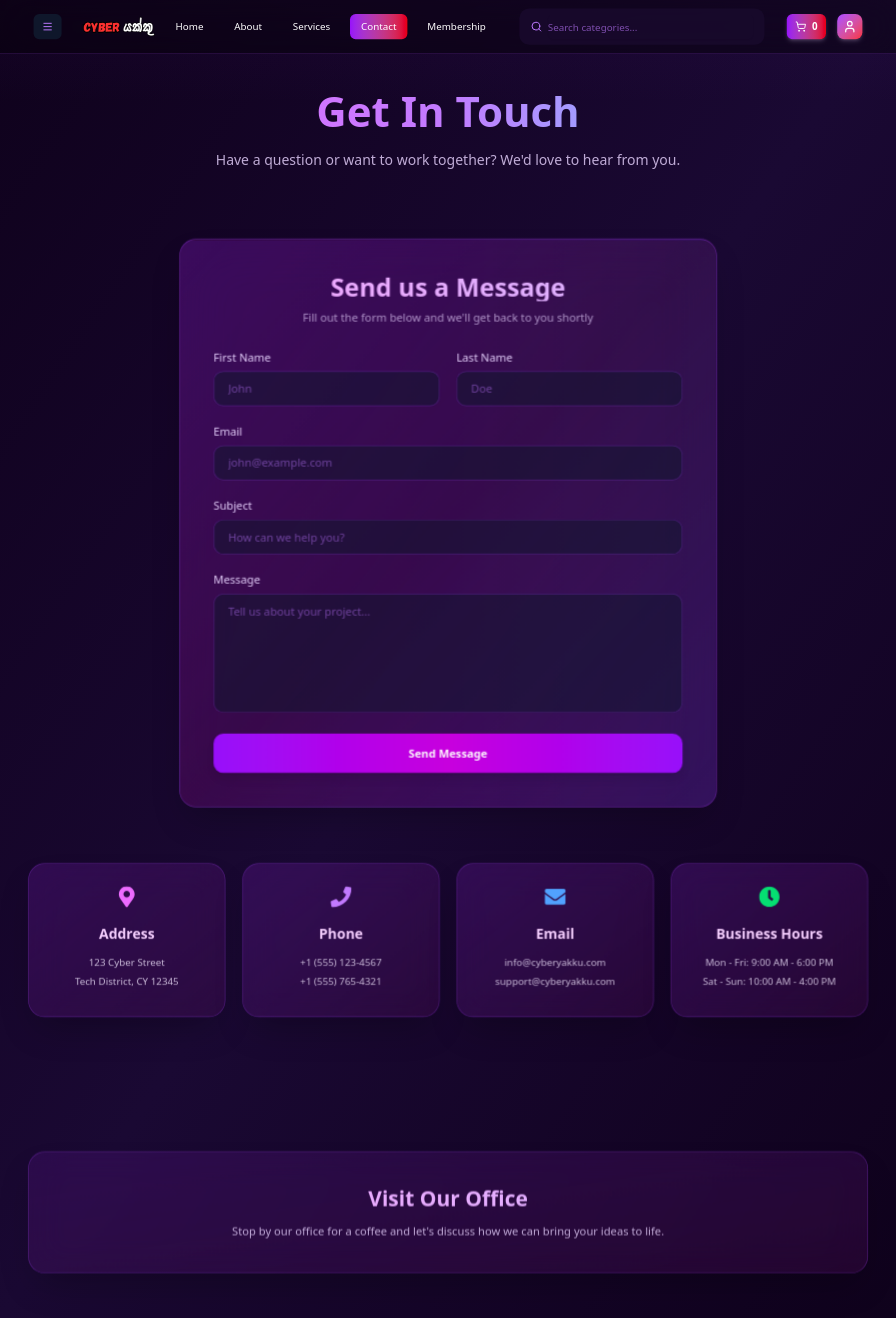
Repository: chamodya-hirusha/mta_sa_cyber_yakku_web
Page: /contact
An editor plug-in stored every save of this project. The page is shown before and after the next save, followed by the edit.
The browser window is 1280 px wide. The pictures show the whole page, at 70% of full size.
The project was rebuilt for these pictures with package versions that can differ from the ones it lists, and the page was loaded fresh each time. The framework's server and built-in components were replaced by stand-ins that run in the browser. Also part of the build but not shown: next.config.mjs, components/user/UserProfileSection.jsx, components/navigation/NavigationLinks.jsx, components/ui/dialog.jsx, components/LoginPopup.jsx. Imported but missing from the stored project, and not drawn on this page: components/AdditionalMenu, components/SideNavHeader.

Above is the page before, as saved 2025-10-19 14:05:08.

### app/contact/page.jsx
"use client";

import React, { useState } from "react";
import { FaMapMarkerAlt, FaPhone, FaEnvelope, FaClock } from "react-icons/fa";
import SideNav from '../../components/SideNav';
import HeaderBar from '../../components/HeaderBar';
import ChatButtons from '../../components/ChatButtons';

export default function ContactPage() {
  const [cart, setCart] = useState([]);
  const [showCart, setShowCart] = useState(false);
  const [sidenavOpen, setShowSidenav] = useState(false);
  const [isLoggedIn, setIsLoggedIn] = useState(false);
  const [activeTab, setActiveTab] = useState('contact');
  const [formData, setFormData] = useState({
    firstName: '',
    lastName: '',
    email: '',
    subject: '',
    message: ''
  });
  const [focusedField, setFocusedField] = useState(null);

  const headerTabs = [
    { id: 'contact', label: 'Contact', icon: '📞' },
  ];

  const contactInfo = [
    {
      icon: <FaMapMarkerAlt className="text-3xl text-fuchsia-400" />,
      title: "Address",
      details: ["123 Cyber Street", "Tech District, CY 12345"],
      gradient: "from-purple-600/20 to-fuchsia-600/20"
    },
    {
      icon: <FaPhone className="text-3xl text-purple-400" />,
      title: "Phone",
      details: ["+1 (555) 123-4567", "+1 (555) 765-4321"],
      gradient: "from-blue-600/20 to-purple-600/20"
    },
    {
      icon: <FaEnvelope className="text-3xl text-blue-400" />,
      title: "Email",
      details: ["info@cyberyakku.com", "support@cyberyakku.com"],
      gradient: "from-cyan-600/20 to-blue-600/20"
    },
    {
      icon: <FaClock className="text-3xl text-green-400" />,
      title: "Business Hours",
      details: ["Mon - Fri: 9:00 AM - 6:00 PM", "Sat - Sun: 10:00 AM - 4:00 PM"],
      gradient: "from-green-600/20 to-emerald-600/20"
    }
  ];

  const handleSubmit = (e) => {
    e.preventDefault();
    console.log('Form submitted:', formData);
  };

  const handleChange = (e) => {
    setFormData({
      ...formData,
      [e.target.name]: e.target.value
    });
  };

  return (
    <div className="min-h-screen bg-gradient-to-br from-[#0f021c] via-[#1a0933] to-[#0f021c] text-gray-100">

      {/* Side Navigation */}
      <SideNav
        isLoggedIn={isLoggedIn}
        setIsLoggedIn={setIsLoggedIn}
        sidenavOpen={sidenavOpen}
        setShowSidenav={setShowSidenav}
        activeTab="contact"
        setActiveTab={setActiveTab}
      />

      {/* Header */}
      <HeaderBar
        cartCount={cart.length}
        onCartClick={() => setShowCart(!showCart)}
        onMenuClick={() => setShowSidenav(!sidenavOpen)}
        headerTabs={headerTabs}
        activeTab={activeTab}
        setActiveTab={setActiveTab}
      />

      {/* Hero Section */}
      <section className="pt-32 pb-12 px-6 relative overflow-hidden">
        <div className="absolute inset-0 bg-gradient-to-b from-purple-900/10 via-transparent to-transparent pointer-events-none"></div>
        <div className="container mx-auto text-center relative z-10">
          <h1 className="text-5xl md:text-6xl font-bold mb-6 bg-gradient-to-r from-fuchsia-400 via-purple-400 to-cyan-400 bg-clip-text text-transparent">
            Get In Touch
          </h1>
          <p className="text-xl text-purple-200/80 max-w-2xl mx-auto leading-relaxed">
            Have a question or want to work together? We'd love to hear from you.
          </p>
        </div>
      </section>

      {/* Contact Information Cards */}
      <section className="py-12 px-6">
        <div className="container mx-auto">

          {/* Contact Form */}
          <div className="max-w-3xl mx-auto">
            <div className="bg-gradient-to-br from-purple-900/50 via-fuchsia-900/30 to-purple-900/50 backdrop-blur-2xl p-10 md:p-12 rounded-3xl shadow-2xl border border-purple-500/40 relative overflow-hidden">
              {/* Animated background effect */}
              <div className="absolute inset-0 bg-gradient-to-r from-fuchsia-600/5 via-purple-600/5 to-cyan-600/5 animate-pulse"></div>

              <div className="relative z-10">
                <h2 className="text-4xl font-bold mb-3 text-center bg-gradient-to-r from-fuchsia-300 to-purple-300 bg-clip-text text-transparent">
                  Send us a Message
                </h2>
                <p className="text-center text-purple-200/70 mb-8">
                  Fill out the form below and we'll get back to you shortly
                </p>

                <form onSubmit={handleSubmit} className="space-y-6">
                  <div className="grid md:grid-cols-2 gap-6">
                    <div>
                      <label className="block text-purple-200 mb-2 font-medium">First Name</label>
                      <input
                        type="text"
                        name="firstName"
                        value={formData.firstName}
                        onChange={handleChange}
                        onFocus={() => setFocusedField('firstName')}
                        onBlur={() => setFocusedField(null)}
                        className={`w-full bg-slate-900/50 border ${focusedField === 'firstName' ? 'border-fuchsia-500' : 'border-purple-500/30'} rounded-xl px-5 py-3 text-white placeholder-purple-400/50 focus:ring-2 focus:ring-fuchsia-500/50 focus:border-fuchsia-500 transition-all duration-300 outline-none`}
                        placeholder="John"
                      />
                    </div>
                    <div>
                      <label className="block text-purple-200 mb-2 font-medium">Last Name</label>
                      <input
                        type="text"
                        name="lastName"
                        value={formData.lastName}
                        onChange={handleChange}
                        onFocus={() => setFocusedField('lastName')}
                        onBlur={() => setFocusedField(null)}
                        className={`w-full bg-slate-900/50 border ${focusedField === 'lastName' ? 'border-fuchsia-500' : 'border-purple-500/30'} rounded-xl px-5 py-3 text-white placeholder-purple-400/50 focus:ring-2 focus:ring-fuchsia-500/50 focus:border-fuchsia-500 transition-all duration-300 outline-none`}
                        placeholder="Doe"
                      />
                    </div>
                  </div>

                  <div>
                    <label className="block text-purple-200 mb-2 font-medium">Email</label>
                    <input
                      type="email"
                      name="email"
                      value={formData.email}
                      onChange={handleChange}
                      onFocus={() => setFocusedField('email')}
                      onBlur={() => setFocusedField(null)}
                      className={`w-full bg-slate-900/50 border ${focusedField === 'email' ? 'border-fuchsia-500' : 'border-purple-500/30'} rounded-xl px-5 py-3 text-white placeholder-purple-400/50 focus:ring-2 focus:ring-fuchsia-500/50 focus:border-fuchsia-500 transition-all duration-300 outline-none`}
                      placeholder="john@example.com"
                    />
                  </div>

                  <div>
                    <label className="block text-purple-200 mb-2 font-medium">Subject</label>
                    <input
                      type="text"
                      name="subject"
                      value={formData.subject}
                      onChange={handleChange}
                      onFocus={() => setFocusedField('subject')}
                      onBlur={() => setFocusedField(null)}
                      className={`w-full bg-slate-900/50 border ${focusedField === 'subject' ? 'border-fuchsia-500' : 'border-purple-500/30'} rounded-xl px-5 py-3 text-white placeholder-purple-400/50 focus:ring-2 focus:ring-fuchsia-500/50 focus:border-fuchsia-500 transition-all duration-300 outline-none`}
                      placeholder="How can we help you?"
                    />
                  </div>

                  <div>
                    <label className="block text-purple-200 mb-2 font-medium">Message</label>
                    <textarea
                      name="message"
                      value={formData.message}
                      onChange={handleChange}
                      onFocus={() => setFocusedField('message')}
                      onBlur={() => setFocusedField(null)}
                      rows="6"
                      className={`w-full bg-slate-900/50 border ${focusedField === 'message' ? 'border-fuchsia-500' : 'border-purple-500/30'} rounded-xl px-5 py-3 text-white placeholder-purple-400/50 focus:ring-2 focus:ring-fuchsia-500/50 focus:border-fuchsia-500 transition-all duration-300 outline-none resize-none`}
                      placeholder="Tell us about your project..."
                    ></textarea>
                  </div>

                  <button
                    type="submit"
                    className="w-full bg-gradient-to-r from-purple-600 via-fuchsia-600 to-purple-600 hover:from-purple-700 hover:via-fuchsia-700 hover:to-purple-700 text-white font-bold py-4 px-8 rounded-xl transition-all duration-300 shadow-lg hover:shadow-fuchsia-500/50 transform hover:scale-[1.02] active:scale-[0.98] relative overflow-hidden group"
                  >
                    <span className="relative z-10">Send Message</span>
                    <div className="absolute inset-0 bg-gradient-to-r from-fuchsia-600 to-purple-600 opacity-0 group-hover:opacity-100 transition-opacity duration-300"></div>
                  </button>
                </form>
              </div>
            </div>
          </div>

            <div className="grid md:grid-cols-2 lg:grid-cols-4 pt-20 gap-6 mb-20">
            {contactInfo.map((info, index) => (
              <div
                key={index}
                className="group relative bg-gradient-to-br from-purple-900/40 to-fuchsia-900/20 backdrop-blur-xl p-8 rounded-3xl shadow-2xl border border-purple-500/30 text-center hover:scale-105 transition-all duration-300 hover:shadow-fuchsia-500/20 overflow-hidden"
              >
                <div className={`absolute inset-0 bg-gradient-to-br ${info.gradient} opacity-0 group-hover:opacity-100 transition-opacity duration-300`}></div>
                <div className="relative z-10">
                  <div className="mb-6 flex justify-center transform group-hover:scale-110 group-hover:rotate-6 transition-transform duration-300">
                    {info.icon}
                  </div>
                  <h3 className="text-xl font-bold mb-4 text-fuchsia-200">
                    {info.title}
                  </h3>
                  {info.details.map((detail, idx) => (
                    <p key={idx} className="text-purple-100/80 mb-2 text-sm">
                      {detail}
                    </p>
                  ))}
                </div>
              </div>
            ))}
          </div>
        </div>
      </section>

      {/* Map or Additional Section */}
      <section className="py-16 px-6">
        <div className="container mx-auto">
          <div className="bg-gradient-to-br from-purple-900/30 to-fuchsia-900/20 backdrop-blur-xl p-12 rounded-3xl shadow-2xl border border-purple-500/30 text-center">
            <h3 className="text-3xl font-bold mb-4 bg-gradient-to-r from-fuchsia-300 to-purple-300 bg-clip-text text-transparent">
              Visit Our Office
            </h3>
            <p className="text-purple-200/80 max-w-2xl mx-auto">
              Stop by our office for a coffee and let's discuss how we can bring your ideas to life.
            </p>
          </div>
        </div>
      </section>
    </div>
  );
}

### components/ui/button.jsx
import * as React from "react"
import { Slot } from "@radix-ui/react-slot"
import { cva } from "class-variance-authority";

import { cn } from "@/lib/utils"

const buttonVariants = cva(
  "inline-flex items-center justify-center gap-2 whitespace-nowrap rounded-md text-sm font-medium transition-all disabled:pointer-events-none disabled:opacity-50 [&_svg]:pointer-events-none [&_svg:not([class*='size-'])]:size-4 shrink-0 [&_svg]:shrink-0 outline-none focus-visible:border-ring focus-visible:ring-ring/50 focus-visible:ring-[3px] aria-invalid:ring-destructive/20 dark:aria-invalid:ring-destructive/40 aria-invalid:border-destructive",
  {
    variants: {
      variant: {
        default: "bg-primary text-primary-foreground hover:bg-primary/90",
        destructive:
          "bg-destructive text-white hover:bg-destructive/90 focus-visible:ring-destructive/20 dark:focus-visible:ring-destructive/40 dark:bg-destructive/60",
        outline:
          "border bg-background shadow-xs hover:bg-accent hover:text-accent-foreground dark:bg-input/30 dark:border-input dark:hover:bg-input/50",
        secondary:
          "bg-secondary text-secondary-foreground hover:bg-secondary/80",
        ghost:
          "hover:bg-accent hover:text-accent-foreground dark:hover:bg-accent/50",
        link: "text-primary underline-offset-4 hover:underline",
      },
      size: {
        default: "h-9 px-4 py-2 has-[>svg]:px-3",
        sm: "h-8 rounded-md gap-1.5 px-3 has-[>svg]:px-2.5",
        lg: "h-10 rounded-md px-6 has-[>svg]:px-4",
        icon: "size-9",
        "icon-sm": "size-8",
        "icon-lg": "size-10",
      },
    },
    defaultVariants: {
      variant: "default",
      size: "default",
    },
  }
)

function Button({
  className,
  variant,
  size,
  asChild = false,
  children,
  ...props
}) {
  const Comp = asChild ? Slot : "button"
return (
  <Comp
    data-slot="button"
    className={cn(buttonVariants({ variant, size, className }))}
    {...props}>
    {children}
  </Comp>
);
}

export { Button, buttonVariants }

### components/HeaderNav.jsx
"use client"
import Link from "next/link";
import { usePathname } from "next/navigation";
import { Button } from "./ui/button";

const links = [
    {
        name: "home",
        path: "/"
    },
    {
        name: "about",
        path: "/about"
    },
    {
        name: "services",
        path: "/services"
    },
    {
        name: "contact",
        path: "/contact"
    },
    {
        name: "membership",
        path: "/membership"
    }
];

const Nav = () => {
    const pathname = usePathname();
    console.log(pathname);

    return (
        <nav className="flex gap-3">
            {links.map((link, index) => {
                const isActive = link.path === pathname;
                const isHomeActive = isActive && link.path === "/";

                return (
                    <Button
                        key={index}
                        asChild
                        variant={isActive ? "default" : "ghost"}
                        className={
                            isHomeActive
                                ? "bg-gradient-to-r from-purple-400  to-amber-600 text-black hover:from-amber-500 hover:to-amber-700"
                                : isActive
                                ? "bg-gradient-to-r from-purple-600 to-red-600 text-white"
                                : "text-white hover:text-purple300 hover:bg-purple-900/30"
                        }
                        aria-current={isActive ? "page" : undefined}
                    >
                        <Link href={link.path} className="capitalize">
                            {link.name}
                        </Link>
                    </Button>
                );
            })}
        </nav>
    );
};

export default Nav;

### components/common/SearchBar.jsx
"use client";

import * as React from "react";
import { Input } from "@/components/ui/input";
import { Search } from "lucide-react";
import { cn } from "@/lib/utils"; // shadcn cn utility (classNames merge)
export default function SearchBar({
  value = "",
  onChange,
  placeholder = "Search categories...",
  width = "350px",
  className,
  ...props
}) {
  const rootStyle =
    typeof width === "string" && width.startsWith("w-")
      ? width
      : undefined;

  return (
    <div
      className={cn(
        "flex items-center gap-2 rounded-xl px-4 py-2 shadow-inner transition-all duration-300 focus-within:shadow-[0_0_12px_rgba(168,85,247,0.5)]",
        "bg-muted/70 text-muted-foreground",
        "bg-[#1a0b2e]/80",
        "shadow-purple-700/30",
        rootStyle,
        className
      )}
      style={
        !rootStyle
          ?
            { width: typeof width === "number" ? `${width}px` : width }
          : undefined
      }
    >
      <Search className="text-purple-400" size={18} />
      <Input
        type="text"
        placeholder={placeholder}
        className="bg-transparent border-0 text-white placeholder:text-purple-400/60 focus:ring-0 focus-visible:ring-0 w-full p-0"
        value={value}
        onChange={onChange}
        {...props}
      />
    </div>
  );
}

### components/ui/input.jsx
import * as React from "react"
import { cn } from "@/lib/utils"

function Input({ className, type, value, onChange, ...props }) {
  return (
    <input
      type={type}
      onChange={onChange}
      data-slot="input"
      className={cn(
        "file:text-foreground placeholder:text-muted-foreground selection:bg-primary selection:text-primary-foreground dark:bg-input/30 border-input h-9 w-full min-w-0 rounded-md border bg-transparent px-3 py-1 text-base shadow-xs transition-[color,box-shadow] outline-none file:inline-flex file:h-7 file:border-0 file:bg-transparent file:text-sm file:font-medium disabled:pointer-events-none disabled:cursor-not-allowed disabled:opacity-50 md:text-sm",
        "focus-visible:border-ring focus-visible:ring-ring/50 focus-visible:ring-[3px]",
        "aria-invalid:ring-destructive/20 dark:aria-invalid:ring-destructive/40 aria-invalid:border-destructive",
        className
      )}
      {...props}
    />
  );
}

export { Input }

### components/common/ChatButtons.jsx
import React from 'react';

export default function ChatButtons() {
  return (
    <div>

      {/* Chat Buttons */}
      <div className="fixed bottom-6 right-6 flex flex-col gap-3 z-40">
        {/* WhatsApp Button */}
        <a
          href="https://wa.me/1234567890"
          target="_blank"
          rel="noopener noreferrer"
          className="group relative w-14 h-14 bg-green-500 hover:bg-green-600 rounded-full flex items-center justify-center shadow-lg transition-all duration-300 hover:scale-110"
          aria-label="Chat on WhatsApp"
          title="Chat on WhatsApp"
        >
          <span className="absolute right-full mr-3 bg-gray-900 text-white text-sm px-3 py-2 rounded-lg whitespace-nowrap opacity-0 group-hover:opacity-100 transition-opacity duration-200 pointer-events-none">
            Chat on WhatsApp
          </span>
          <svg className="w-7 h-7 text-white" fill="currentColor" viewBox="0 0 24 24">
            <path d="M17.472 14.382c-.297-.149-1.758-.867-2.03-.967-.273-.099-.471-.148-.67.15-.197.297-.767.966-.94 1.164-.173.199-.347.223-.644.075-.297-.15-1.255-.463-2.39-1.475-.883-.788-1.48-1.761-1.653-2.059-.173-.297-.018-.458.13-.606.134-.133.298-.347.446-.52.149-.174.198-.298.298-.497.099-.198.05-.371-.025-.52-.075-.149-.669-1.612-.916-2.207-.242-.579-.487-.5-.669-.51-.173-.008-.371-.01-.57-.01-.198 0-.52.074-.792.372-.272.297-1.04 1.016-1.04 2.479 0 1.462 1.065 2.875 1.213 3.074.149.198 2.096 3.2 5.077 4.487.709.306 1.262.489 1.694.625.712.227 1.36.195 1.871.118.571-.085 1.758-.719 2.006-1.413.248-.694.248-1.289.173-1.413-.074-.124-.272-.198-.57-.347m-5.421 7.403h-.004a9.87 9.87 0 01-5.031-1.378l-.361-.214-3.741.982.998-3.648-.235-.374a9.86 9.86 0 01-1.51-5.26c.001-5.45 4.436-9.884 9.888-9.884 2.64 0 5.122 1.03 6.988 2.898a9.825 9.825 0 012.893 6.994c-.003 5.45-4.437 9.884-9.885 9.884m8.413-18.297A11.815 11.815 0 0012.05 0C5.495 0 .16 5.335.157 11.892c0 2.096.547 4.142 1.588 5.945L.057 24l6.305-1.654a11.882 11.882 0 005.683 1.448h.005c6.554 0 11.89-5.335 11.893-11.893a11.821 11.821 0 00-3.48-8.413Z"/>
          </svg>
        </a>

        {/* Facebook Messenger Button */}
        <a
          href="https://m.me/yourpagename"
          target="_blank"
          rel="noopener noreferrer"
          className="group w-14 h-14 bg-blue-500 hover:bg-blue-600 rounded-full flex items-center justify-center shadow-lg transition-all duration-300 hover:scale-110"
          aria-label="Chat on Facebook Messenger"
        >
          <svg className="w-7 h-7 text-white" fill="currentColor" viewBox="0 0 24 24">
            <path d="M12 0C5.373 0 0 4.975 0 11.111c0 3.497 1.745 6.616 4.472 8.652V24l4.086-2.242c1.09.301 2.246.464 3.442.464 6.627 0 12-4.974 12-11.111C24 4.975 18.627 0 12 0zm1.193 14.963l-3.056-3.259-5.963 3.259L10.733 8l3.13 3.259L19.752 8l-6.559 6.963z"/>
          </svg>
        </a>
      </div>

    </div>
  );
}

Loaded but not shown: app/layout.jsx (common file); lib/utils.js (library); app/globals.css (265 lines, source omitted); components/HeaderBar.jsx (173 lines, source omitted); components/SideNav.jsx (146 lines, source omitted); components/ui/sheet.jsx (140 lines, source omitted)

After the next save:
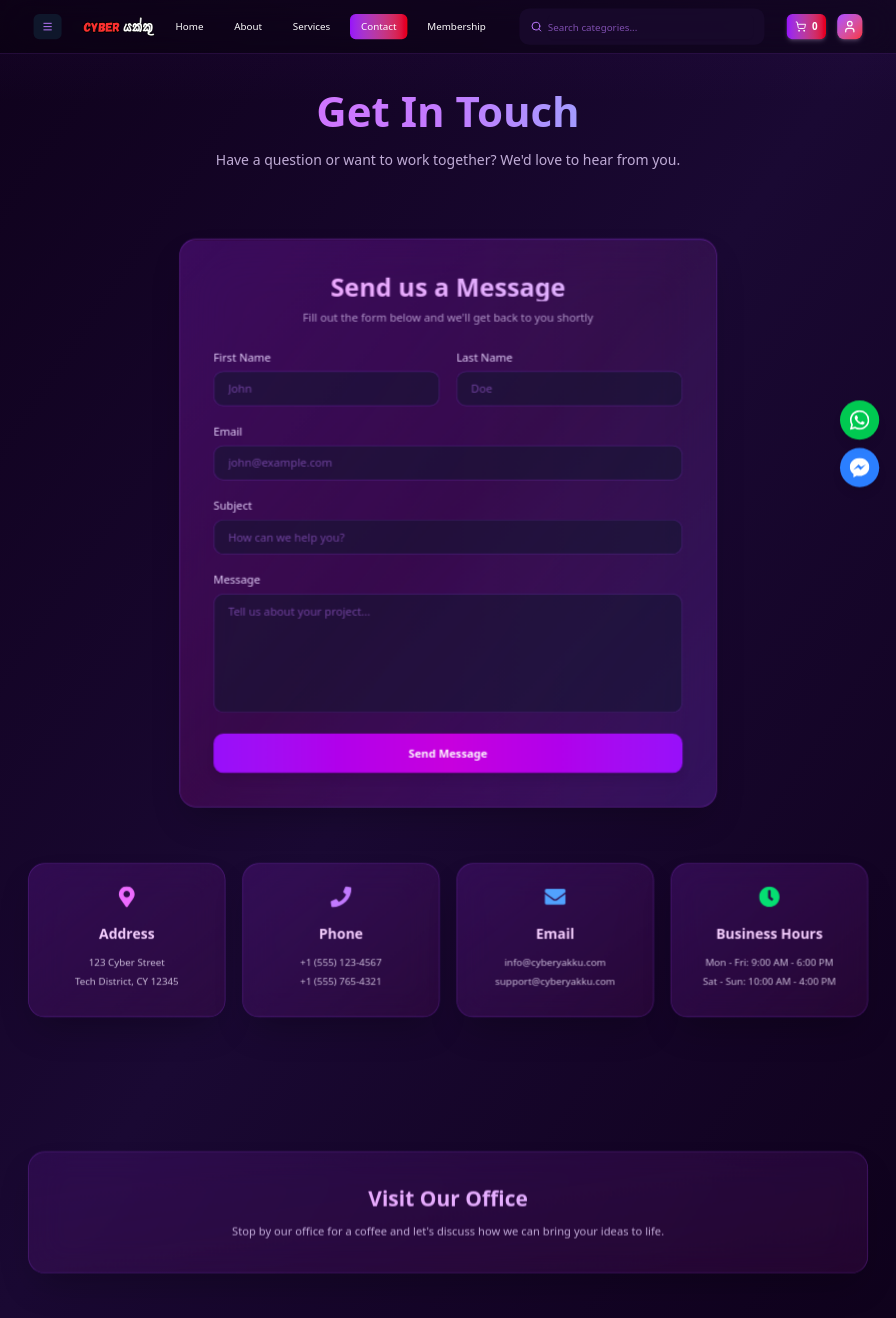
Saved 7 s later.
--- a/app/contact/page.jsx
+++ b/app/contact/page.jsx
@@ -241,6 +241,8 @@ export default function ContactPage() {
           </div>
         </div>
       </section>
+
+      <ChatButtons />
     </div>
   );
 }
